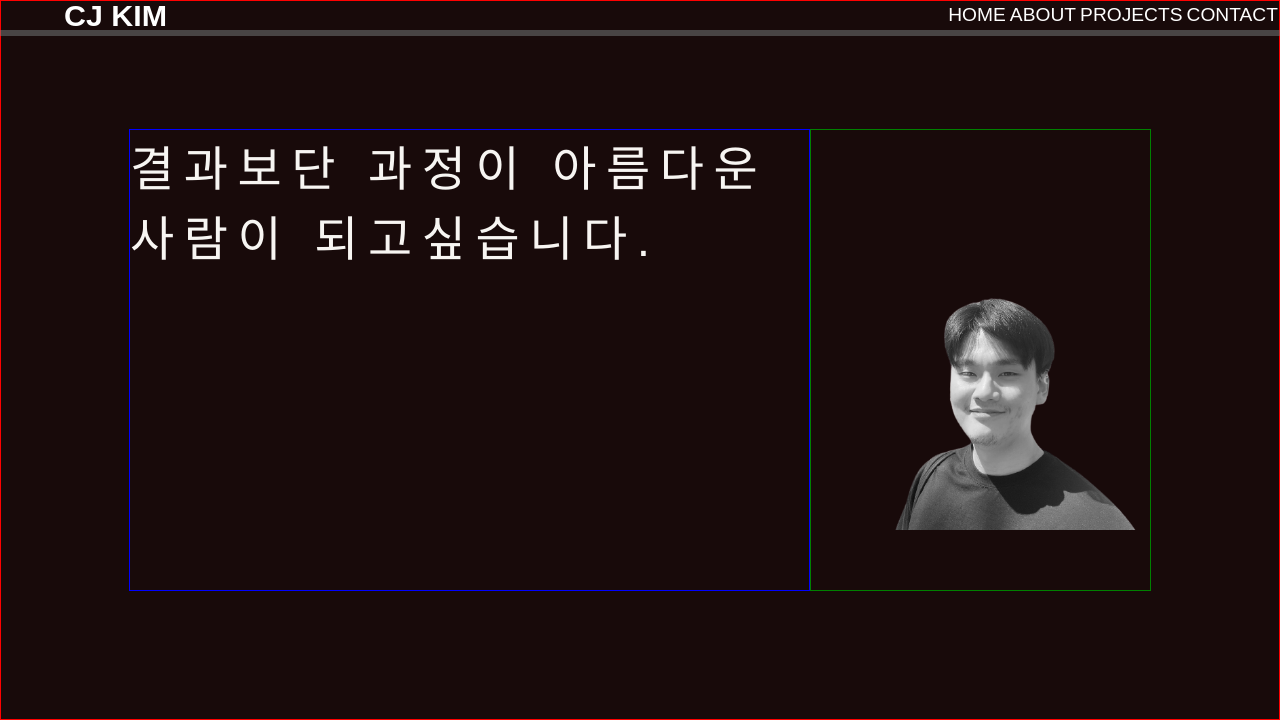
Repository: rlatlswo135/port
Page: /about
These files come from the project's save history. The page is drawn as it stood at one moment and after the next save; the edit follows.
The browser window is 1280 px wide. The pictures show the whole page.
The project was rebuilt for these pictures with package versions that can differ from the ones it lists, and the page was loaded fresh each time. Also part of the build but not shown: src/App.css, src/Pages/Start.jsx, src/Pages/Home.jsx, src/Pages/Contact.jsx, src/Components/Project.jsx, src/Pages/Port.jsx, src/Components/ProjectDetail.jsx.

Above is the page before, as saved 2022-04-07 03:25:46.

### src/index.js
import React from 'react';
import ReactDOM from 'react-dom';
import {createRoot} from 'react-dom/client'
import './index.css';
import App from './App';
import reportWebVitals from './reportWebVitals';

const container = document.getElementById('root')
const root = createRoot(container)

root.render(
  <React.StrictMode>
    <App />
  </React.StrictMode>,
);

// If you want to start measuring performance in your app, pass a function
// to log results (for example: reportWebVitals(console.log))
// or send to an analytics endpoint. Learn more: https://bit.ly/CRA-vitals
reportWebVitals();

### src/App.js
import './App.css';
import {createGlobalStyle} from 'styled-components'
import {BrowserRouter,Route,Routes} from 'react-router-dom'
import Start from './Pages/Start'
import Home from './Pages/Home'
import Contact from './Pages/Contact'
import Port from './Pages/Port'
import About from './Pages/About'
import ProjectDetail from './Components/ProjectDetail'
import {data} from './data'
const GlobalStyle = createGlobalStyle`
@import url('https://fonts.googleapis.com/css2?family=Source+Sans+Pro&display=swap');
  body{
    background-color:#180A0A;
    margin:0px;
    color:#F7F5F2;
    font-family: 'Source Sans Pro', sans-serif;
    transform: translate(0.02deg);
  }
  a{
    text-decoration: none;
    color:white;
  }
  div{
    margin: 0px;
    box-sizing: border-box;
  }
`
function App() {

  return (
    <>
      <GlobalStyle />
      <BrowserRouter>
        <Routes>
          <Route path='/' element={<Start/>} />
          <Route path='/home' element={<Home/>} />
          <Route path='/port' element={<Port/>} />
          <Route path='/port/:project' element={<ProjectDetail />} />
          <Route path='/contact' element={<Contact />} />
          <Route path='/about' element={<About />} />
        </Routes>
      </BrowserRouter>
    </>
  );
}

export default App;

### src/Pages/About.jsx
import React from 'react';
import Nav from '../Components/Nav'
import styled from 'styled-components'
import profile from '../profile1.png'
import profile2 from '../profile.png'
import profile3 from '../profile3.png'
import profile4 from '../profile4.png'

const Container = styled.div`
    height:100vh;
    max-height:100vh;
`
const AboutBox = styled.div`
    height:100%;
    display:flex;
    border:1px solid red;
    padding:10%;
`
const Img = styled.div`
    flex:1;
    border:1px solid green;
    display: flex;
    justify-content: center;
    align-items: center;
`
const Text = styled.div`
    flex:2;
    border:1px solid blue;
`
const TextContent = styled.div`
    font-size:3em;
    font-weight: 500;
    letter-spacing: 0.2em;
`
const About = () => {
    return (
        <Container>
            <Nav />
            <AboutBox>
                <Text>
                    <TextContent>결과보단 과정이 아름다운 사람이 되고싶습니다.</TextContent>
                </Text>
                <Img>
                    <img src={profile3} style={{width:'100%'}}></img>
                </Img>
            </AboutBox>
        </Container>
    );
};

export default About;

### src/data.js
import ohJeju from './slideImg/ohJeju.png'
import umMarket from './slideImg/umMarket.png'
import coinTracker from './slideImg/coinTracker.png'

export const data = {
    2022:[
        {
            title:'Um-Market',
            content:`Redux이용, '재고관리'가 목적인 간단한 쇼핑몰`,
            img:umMarket,
            month:2,
            git:'https://github.com/rlatlswo135/UmMarket',
            type:'Solo',
            url:"https://rlatlswo135.github.io/"
        },
        {
            title:'Coin-Trackker',
            content:`API이용 간단한 Coin 시세 Tracker`,
            img:coinTracker,
            month:4,
            git:'https://github.com/rlatlswo135/coin-track',
            type:'Solo',
            url:"https://rlatlswo135.github.io/coin-track/"
        }
    ],
    2021:[
        {
            title:'Oh!-Jeju!',
            content:`socketIO를 이용, 채팅기능을 넣은 제주도 여행 플래너`,
            img:ohJeju,
            month:10,
            git:'https://github.com/codestates/Ohjeju',
            type:'Team',
            url:"https://oh-jeju.link/",
            notion:'https://www.notion.so/Ohjeju-ec1b7746c5eb4a14a219a184fd2427be'
        }
    ]
}

### src/Components/Nav.jsx
import React from 'react';
import styled from 'styled-components'
import {Link} from 'react-router-dom'

const Container = styled.div`
    display:flex;
    justify-content: space-between;
    align-items: center;
    height:5%;
    border-bottom: 6px solid rgba(121,127,127,0.5);
    width:100%;
    position: fixed;
    z-index:100;
`
const NavLeft = styled.div`
    font-size:1.9em;
    padding-left:5%;
    font-weight: 900;
`
const NavRight = styled.div`
    flex:0.3;
    display:flex;
    justify-content: space-around;
    font-size:1.2em;
    font-weight: 500;
`
const NavContent = styled.div`

`

const Nav = () => {
    return (
        <Container>
            <NavLeft>
                <Link to="/">
                    CJ KIM
                </Link>
            </NavLeft>
            <NavRight>
                <Link to='/home'>
                    <NavContent>HOME</NavContent>
                </Link>
                <Link to="/about">
                    <NavContent>ABOUT</NavContent>
                </Link>
                <Link to="/port">
                    <NavContent>PROJECTS</NavContent>
                </Link>
                <Link to="/contact">
                    <NavContent>CONTACT</NavContent>
                </Link>
            </NavRight>
        </Container>
    );
};

export default Nav;

Loaded but not shown: public/index.html (common file); src/index.css (common file); src/reportWebVitals.js (common file)

After the next save:
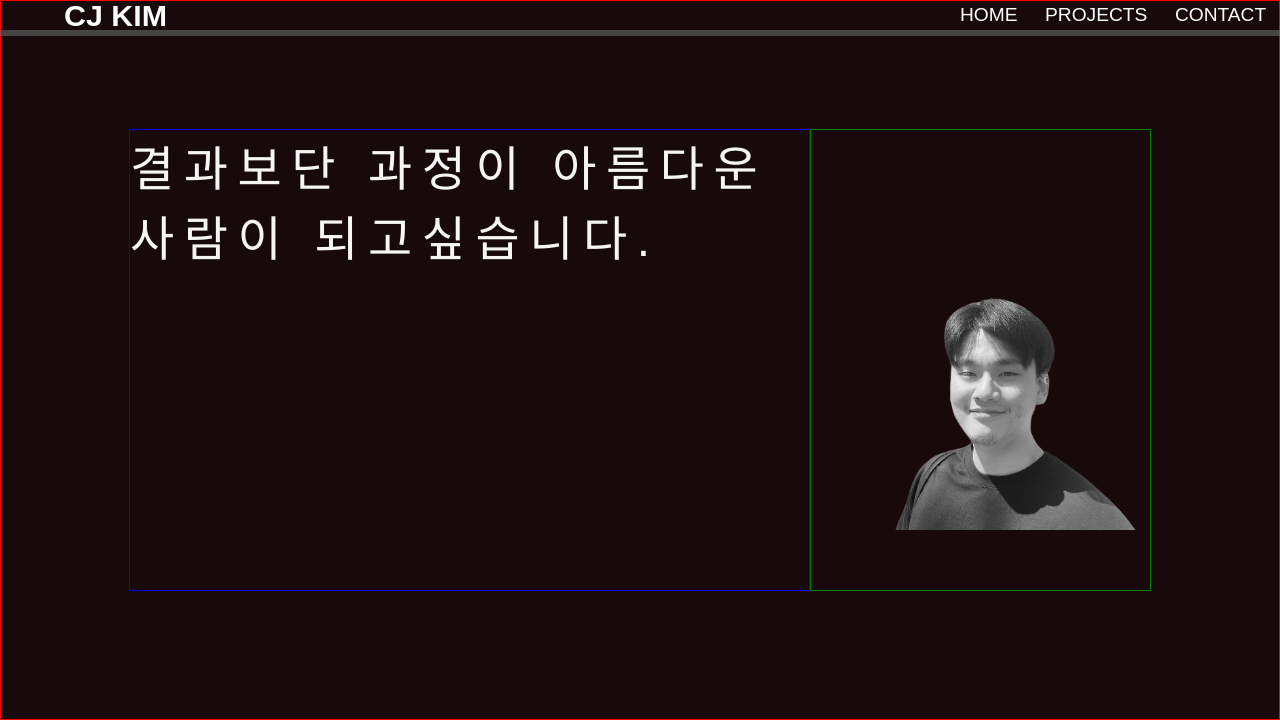
Saved 62 s later.
--- a/src/Components/Nav.jsx
+++ b/src/Components/Nav.jsx
@@ -40,9 +40,6 @@ const Nav = () => {
                 <Link to='/home'>
                     <NavContent>HOME</NavContent>
                 </Link>
-                <Link to="/about">
-                    <NavContent>ABOUT</NavContent>
-                </Link>
                 <Link to="/port">
                     <NavContent>PROJECTS</NavContent>
                 </Link>
